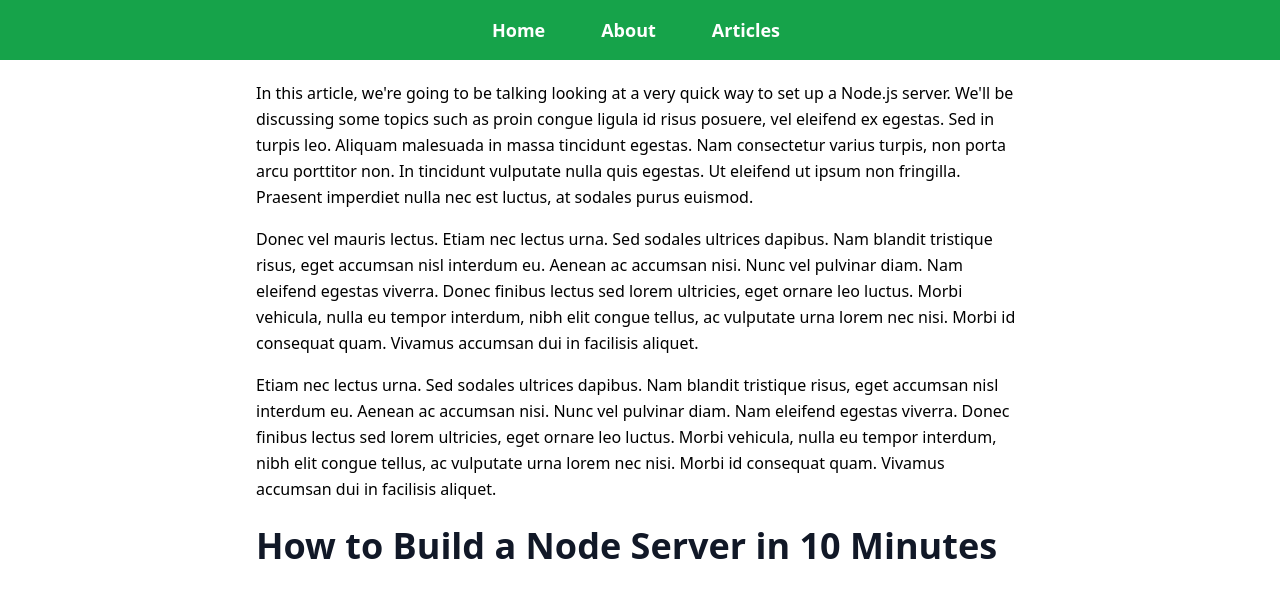
Repository: ymw0331/blog-mern-webapp
Page: /article/learn-node (app in client/)
These files come from the project's save history. The page is drawn as it stood at one moment and after the next save; the edit follows.
The browser window is 1280 px wide. The pictures show the whole page.
The project was rebuilt for these pictures with package versions that can differ from the ones it lists, and the page was loaded fresh each time. Also part of the build but not shown: client/src/pages/Home.js, client/src/pages/About.js, client/src/components/Articles.js, client/src/pages/ArticlesList.js.

Above is the page before, as saved 2022-12-10 21:45:48.

After the next save:
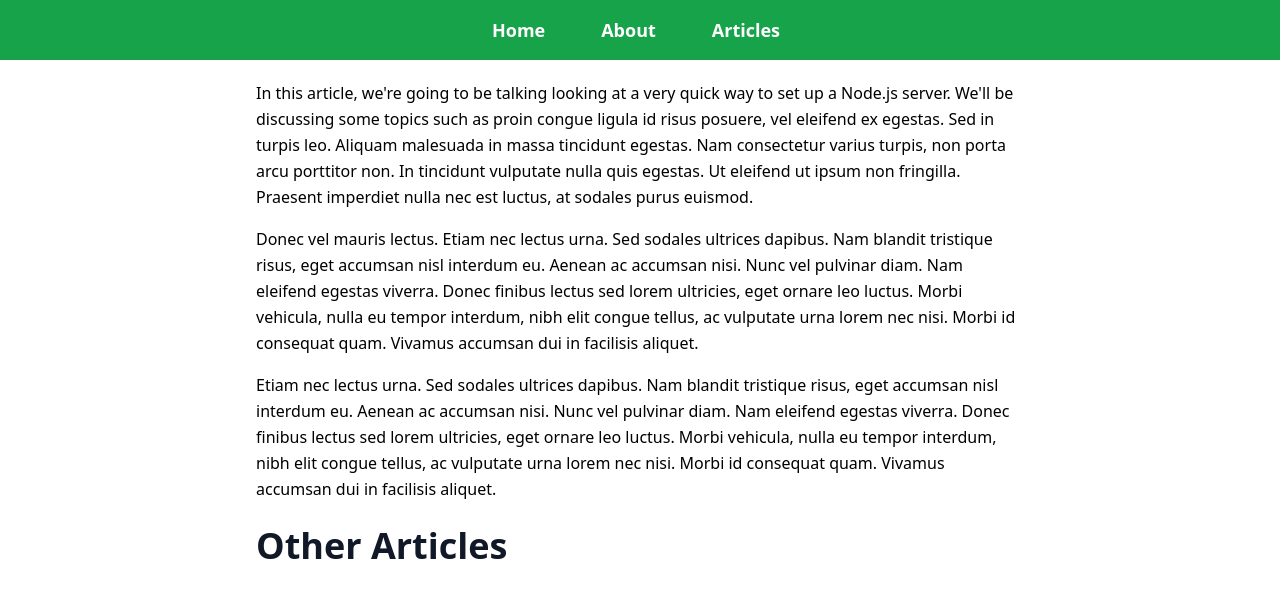
Saved 9 s later.
--- a/client/src/pages/Article.js
+++ b/client/src/pages/Article.js
@@ -17,7 +17,7 @@ const Article = () => {
       ))}
 
       <h1 className='sm:text-4xl text-2xl font-bold my-6 text-gray-900'>
-        {article.title}
+        Other Articles
       </h1>
 
     </>
